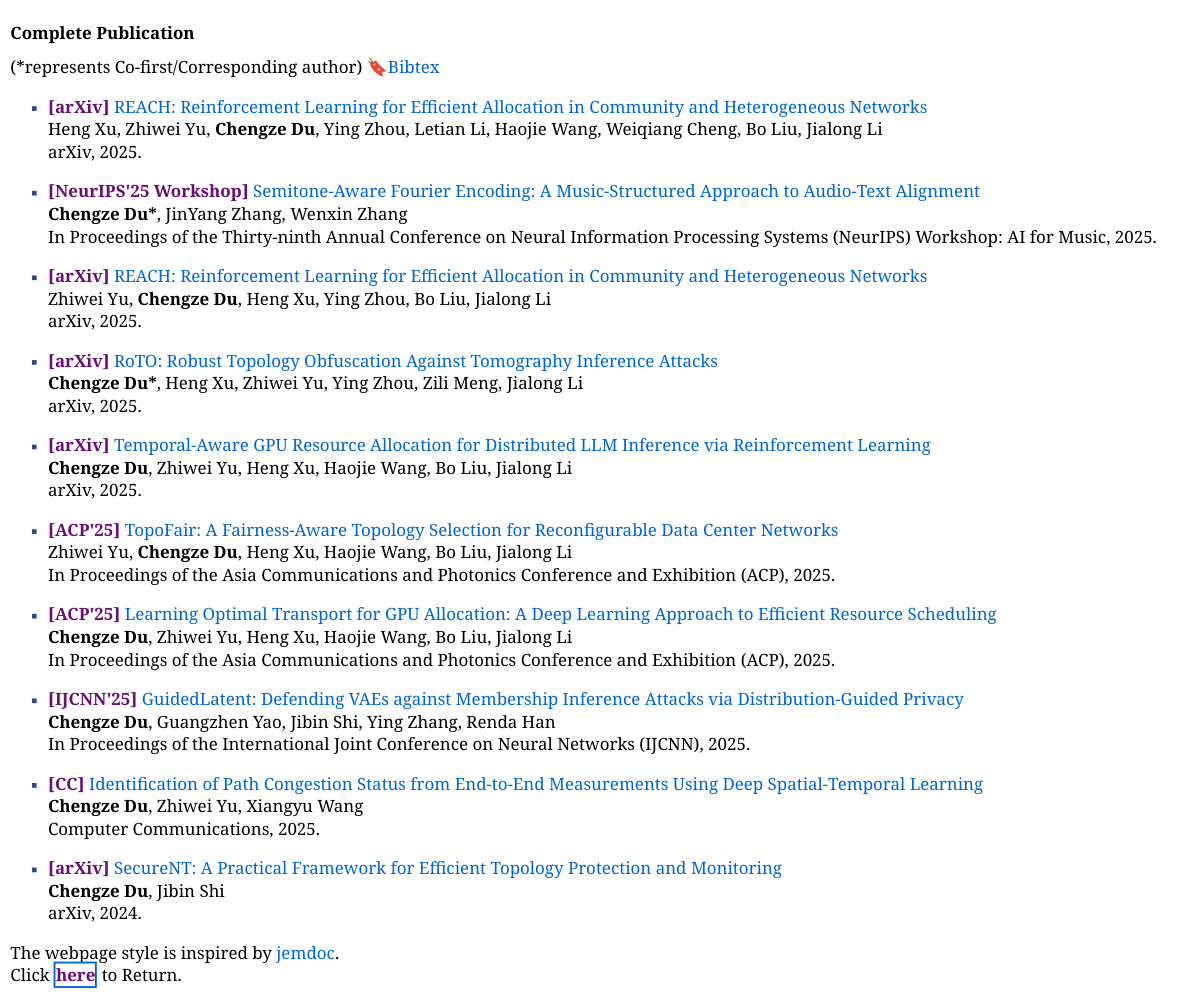
Repository: Monickar/Monickar.github.io
Page: FullPaperList.html
The author's editor kept a copy of each file at every save. The page is drawn from the files as they stood at one save, then again after the next save.
The browser window is 1280 px wide. The pictures show the whole page, at 94% of full size.

Above is the page before, as saved 2025-10-24 12:51:38.

After the next save:
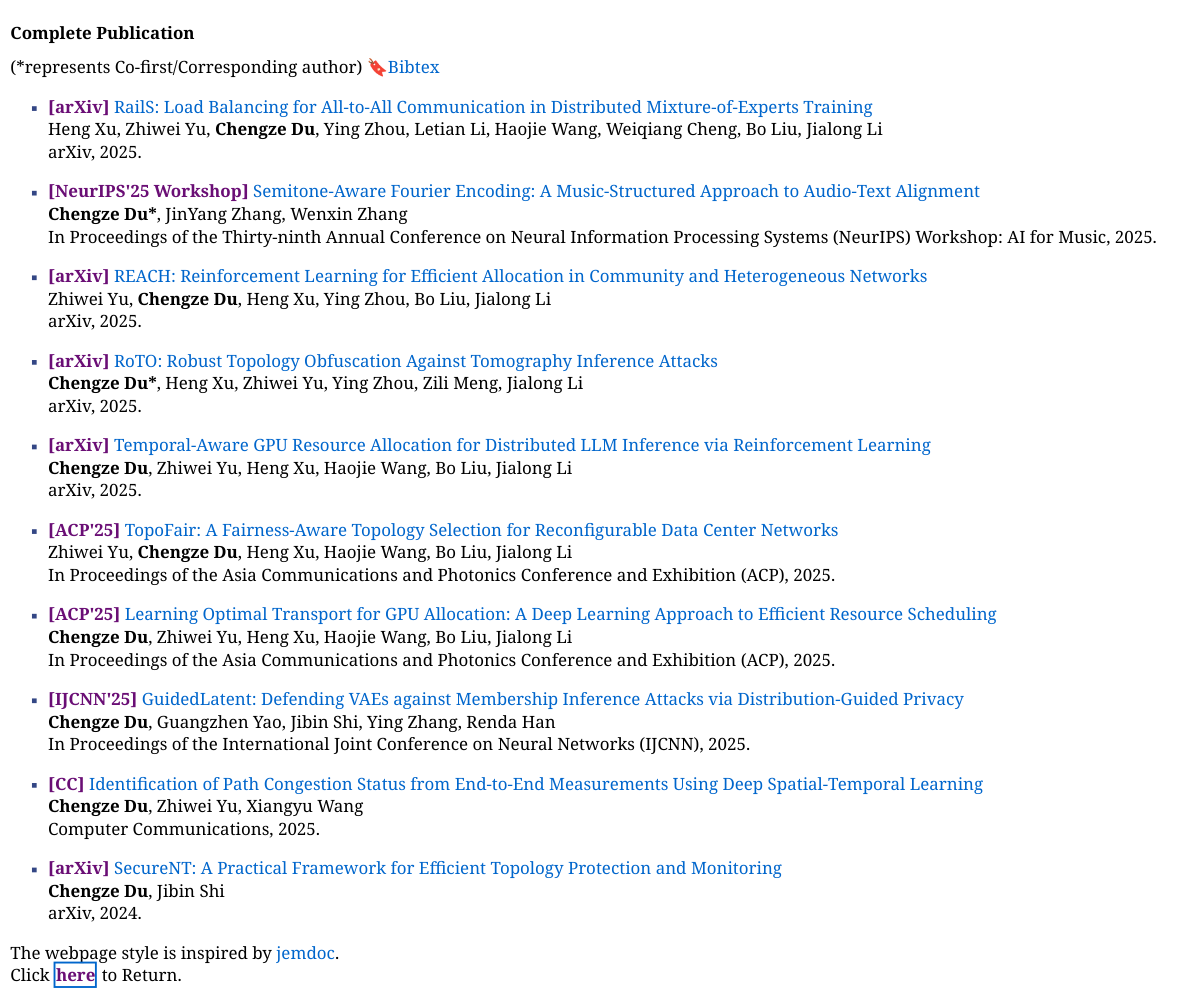
Saved 16 s later.
--- a/FullPaperList.html
+++ b/FullPaperList.html
@@ -64,7 +64,7 @@
 (*represents Co-first/Corresponding author) <a href="./Bibtex/List.txt" style="font-size: 1.em;">🔖Bibtex</a>
 <ul>
 
-<li><p><span>[arXiv] </span><a href="https://arxiv.org/abs/2508.12857">REACH: Reinforcement Learning for Efficient Allocation in Community and Heterogeneous Networks</a><br>
+<li><p><span>[arXiv] </span><a href="https://arxiv.org/abs/2508.12857">RailS: Load Balancing for All-to-All Communication in Distributed Mixture-of-Experts Training</a><br>
 Heng Xu, Zhiwei Yu, <strong>Chengze Du</strong>, Ying Zhou, Letian Li, Haojie Wang, Weiqiang Cheng, Bo Liu, Jialong Li<br>
 arXiv, 2025.</p></li>
 
